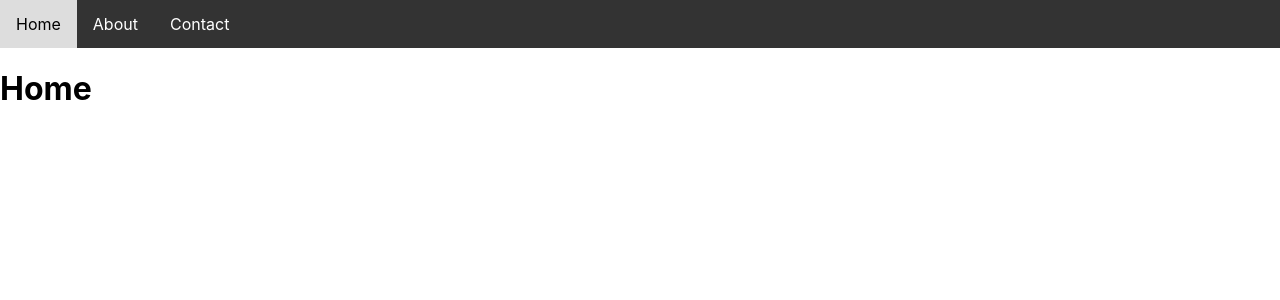
Repository: jayyasay/portfolio
Page: /
An editor plug-in stored every save of this project. The page is shown before and after the next save, followed by the edit.
The browser window is 1280 px wide. The pictures show the whole page.
The project was rebuilt for these pictures with package versions that can differ from the ones it lists, and the page was loaded fresh each time. Also part of the build but not shown: src/App.css.

Above is the page before, as saved 2023-09-19 12:49:22.

### src/App.js
import './App.css';
import Navigation from './components/Navigation';
import { BrowserRouter as Router, Routes, Route } from 'react-router-dom';
import Home from './pages/Home';
import About from './pages/About';

function App() {
  return (
    <>
      <Router>
        <Navigation />
        <Routes>
          <Route path="/" element={<Home />} />
          <Route path="/about" element={<About />} />
          {/* You can add a route for Contact here when you're ready */}
        </Routes>
      </Router>
    </>
  );
}

export default App;

### src/components/Navigation.js
import React, { useState } from 'react';
import styled from 'styled-components';
import { Link } from 'react-router-dom';

const Nav = styled.nav`
  background-color: #333;
  overflow: hidden;
`;

const StyledLink = styled(Link)`
  float: left;
  display: block;
  color: white;
  text-align: center;
  padding: 14px 16px;
  text-decoration: none;
  &:hover {
    background-color: #ddd;
    color: black;
  }
`;

const BurgerIcon = styled.span`
  display: none;
  @media screen and (max-width: 600px) {
    display: block;
    position: absolute;
    right: 20px;
    top: 10px;
    cursor: pointer;
  }
`;

const NavItems = styled.div`
  @media screen and (max-width: 600px) {
    display: ${(props) => (props.open ? "block" : "none")};
    width: 100%;
    text-align: center;
  }
`;

const Navigation = () => {
  const [isOpen, setIsOpen] = useState(false);

  return (
    <Nav>
      <BurgerIcon onClick={() => setIsOpen(!isOpen)}>☰</BurgerIcon>
      <NavItems open={isOpen}>
        <StyledLink to="/">Home</StyledLink>
        <StyledLink to="/about">About</StyledLink>
        <StyledLink to="#">Contact</StyledLink>
      </NavItems>
    </Nav>
  );
};

export default Navigation;

### src/pages/Home.js
const Home = () => {
    return (
        <h1>Home</h1>
    )
};

export default Home;

Loaded but not shown: public/index.html (common file); src/index.js (common file); src/index.css (common file); src/reportWebVitals.js (common file); src/pages/About.js (no stored copy; drawn as an empty file)

After the next save:
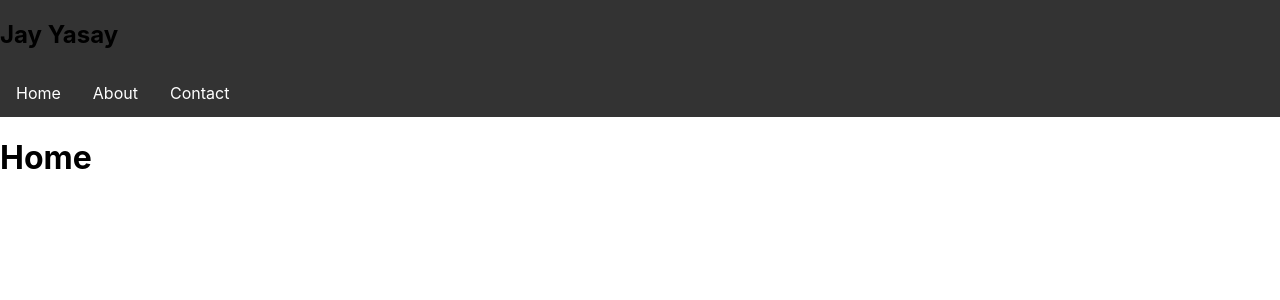
Saved 3 min 20 s later.
--- a/src/components/Navigation.js
+++ b/src/components/Navigation.js
@@ -44,12 +44,13 @@
 
   return (
     <Nav>
-      <BurgerIcon onClick={() => setIsOpen(!isOpen)}>☰</BurgerIcon>
-      <NavItems open={isOpen}>
+        <h1>Jay Yasay</h1>
+        <BurgerIcon onClick={() => setIsOpen(!isOpen)}>☰</BurgerIcon>
+        <NavItems open={isOpen}>
         <StyledLink to="/">Home</StyledLink>
         <StyledLink to="/about">About</StyledLink>
         <StyledLink to="#">Contact</StyledLink>
-      </NavItems>
+        </NavItems>
     </Nav>
   );
 };
